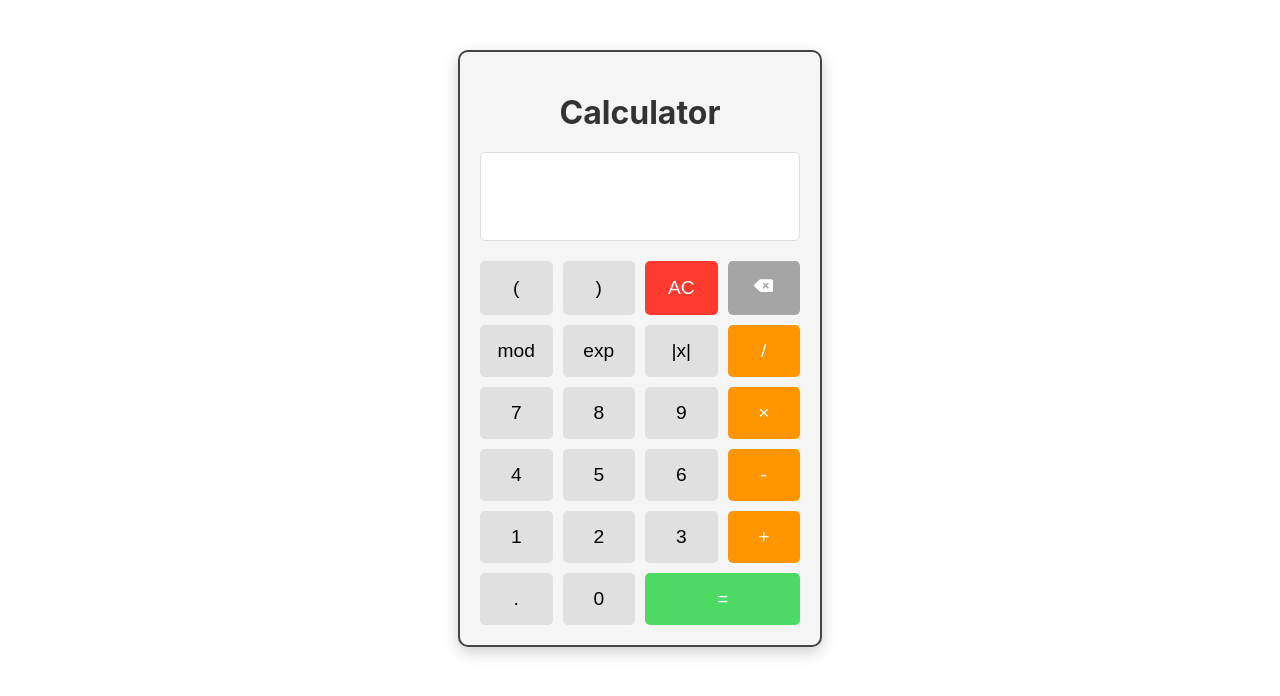
Repository: thesaherriaz/Calculator-React
Page: /
These files come from the project's save history. The page is drawn as it stood at one moment and after the next save; the edit follows.
The browser window is 1280 px wide. The pictures show the whole page.
The project was rebuilt for these pictures with package versions that can differ from the ones it lists, and the page was loaded fresh each time.

Above is the page before, as saved 2025-06-20 12:32:51.

### public/index.html
<!DOCTYPE html>
<html lang="en">
  <head>
    <meta charset="utf-8" />
    <link rel="icon" href="%PUBLIC_URL%/favicon.ico" />
    <meta name="viewport" content="width=device-width, initial-scale=1" />
    <meta name="theme-color" content="#000000" />
    <meta
      name="description"
      content="Web site created using create-react-app"
    />
    <link rel="apple-touch-icon" href="%PUBLIC_URL%/logo192.png" />
    <link rel="stylesheet" href="https://cdnjs.cloudflare.com/ajax/libs/font-awesome/6.0.0/css/all.min.css">
    <!--
      manifest.json provides metadata used when your web app is installed on a
      user's mobile device or desktop. See https://developers.google.com/web/fundamentals/web-app-manifest/
    -->
    <link rel="manifest" href="%PUBLIC_URL%/manifest.json" />
    <!--
      Notice the use of %PUBLIC_URL% in the tags above.
      It will be replaced with the URL of the `public` folder during the build.
      Only files inside the `public` folder can be referenced from the HTML.

      Unlike "/favicon.ico" or "favicon.ico", "%PUBLIC_URL%/favicon.ico" will
      work correctly both with client-side routing and a non-root public URL.
      Learn how to configure a non-root public URL by running `npm run build`.
    -->
    <title>React App</title>
  </head>
  <body>
    <noscript>You need to enable JavaScript to run this app.</noscript>
    <div id="root"></div>
    <!--
      This HTML file is a template.
      If you open it directly in the browser, you will see an empty page.

      You can add webfonts, meta tags, or analytics to this file.
      The build step will place the bundled scripts into the <body> tag.

      To begin the development, run `npm start` or `yarn start`.
      To create a production bundle, use `npm run build` or `yarn build`.
    -->
  </body>
</html>

### src/App.js
import React from 'react'
import Calculator from './compnents/Calculator'

function App() {
  return (
    <Calculator />
  )
}

export default App

### src/compnents/Calculator.jsx
import React, { useState } from 'react';
import './Calculator.css';
import { FaDeleteLeft } from "react-icons/fa6";

function Calculator() {
    const [input, setInput] = useState('');
    const [result, setResult] = useState('');

    const handleClick = (value) => {
        if (value === 'AC') {
            setInput('');
            setResult('');
        } else if (value === 'DEL') {
            setInput(prev => prev.slice(0, -1));
        } else if (value === '=') {
            try {
                // Note: Using eval is generally not recommended for production
                // Consider using a math expression evaluator library instead
                setResult(eval(input).toString());
            } catch (error) {
                setResult('Error');
            }
        } else {
            setInput(prev => prev + value);
        }
    };

    return (
        <div className="calculator">
            <h1>Calculator</h1>
            <div className="display">
                <div className="input">{input}</div>
                <div className="result">{result}</div>
            </div>
            <div className="buttons">
                <button onClick={() => handleClick('(')}>(</button>
                <button onClick={() => handleClick(')')}>)</button>
                <button className="clear" onClick={() => handleClick('AC')}>AC</button>
                <button className="delete" onClick={() => handleClick('DEL')}><FaDeleteLeft /></button>

                <button onClick={() => handleClick('mod')}>mod</button>
                <button onClick={() => handleClick('exp')}>exp</button>
                <button onClick={() => handleClick('Math.abs()')}>|x|</button>
                <button className="operator" onClick={() => handleClick('/')}>/</button>

                <button onClick={() => handleClick('7')}>7</button>
                <button onClick={() => handleClick('8')}>8</button>
                <button onClick={() => handleClick('9')}>9</button>
                <button className="operator" onClick={() => handleClick('*')}>×</button>

                <button onClick={() => handleClick('4')}>4</button>
                <button onClick={() => handleClick('5')}>5</button>
                <button onClick={() => handleClick('6')}>6</button>
                <button className="operator" onClick={() => handleClick('-')}>-</button>

                <button onClick={() => handleClick('1')}>1</button>
                <button onClick={() => handleClick('2')}>2</button>
                <button onClick={() => handleClick('3')}>3</button>
                <button className="operator" onClick={() => handleClick('+')}>+</button>

                <button onClick={() => handleClick('.')}>.</button>
                <button onClick={() => handleClick('0')}>0</button>
                <button className="equals" onClick={() => handleClick('=')}>=</button>
            </div>
        </div>
    );
}

export default Calculator;

### src/compnents/Calculator.css
.calculator {
    width: 320px;
    margin: 50px auto;
    border: 2px solid #444;
    border-radius: 10px;
    padding: 20px;
    background-color: #f5f5f5;
    box-shadow: 0 5px 15px rgba(0, 0, 0, 0.2);
}

.calculator h1 {
    text-align: center;
    color: #333;
    margin-bottom: 20px;
}

.display {
    background-color: #fff;
    border: 1px solid #ddd;
    border-radius: 5px;
    padding: 10px;
    margin-bottom: 20px;
    text-align: right;
    min-height: 60px;
}

.input {
    font-size: 1.2em;
    color: #666;
    min-height: 1.2em;
}

.result {
    font-size: 1.8em;
    font-weight: bold;
    color: #333;
    min-height: 1.5em;
}

.buttons {
    display: grid;
    grid-template-columns: repeat(4, 1fr);
    grid-gap: 10px;
}

button {
    padding: 15px;
    font-size: 1.2em;
    border: none;
    border-radius: 5px;
    background-color: #e0e0e0;
    cursor: pointer;
    transition: all 0.2s;
}

button:hover {
    background-color: #d0d0d0;
}

button:active {
    transform: scale(0.95);
}

.operator {
    background-color: #ff9500;
    color: white;
}

.operator:hover {
    background-color: #e08500;
}

.clear {
    background-color: #ff3b30;
    color: white;
}

.clear:hover {
    background-color: #e0352b;
}

.delete {
    background-color: #a5a5a5;
    color: white;
}

.delete:hover {
    background-color: #959595;
}

.equals {
    background-color: #4cd964;
    color: white;
    grid-column: span 2;
}

.equals:hover {
    background-color: #3cc954;
}

Loaded but not shown: src/index.js (common file); src/index.css (common file); src/reportWebVitals.js (common file)

After the next save:
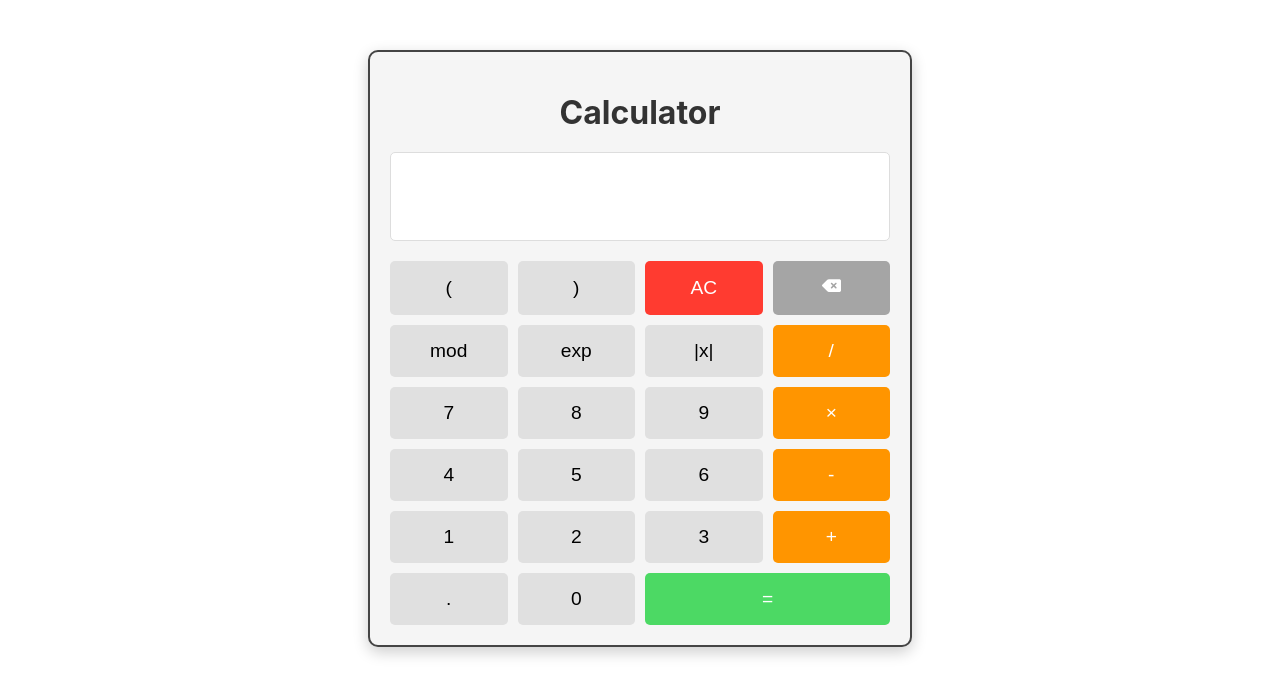
Saved 2 min 12 s later.
--- a/src/compnents/Calculator.css
+++ b/src/compnents/Calculator.css
@@ -1,5 +1,5 @@
 .calculator {
-    width: 320px;
+    width: 500px;
     margin: 50px auto;
     border: 2px solid #444;
     border-radius: 10px;
